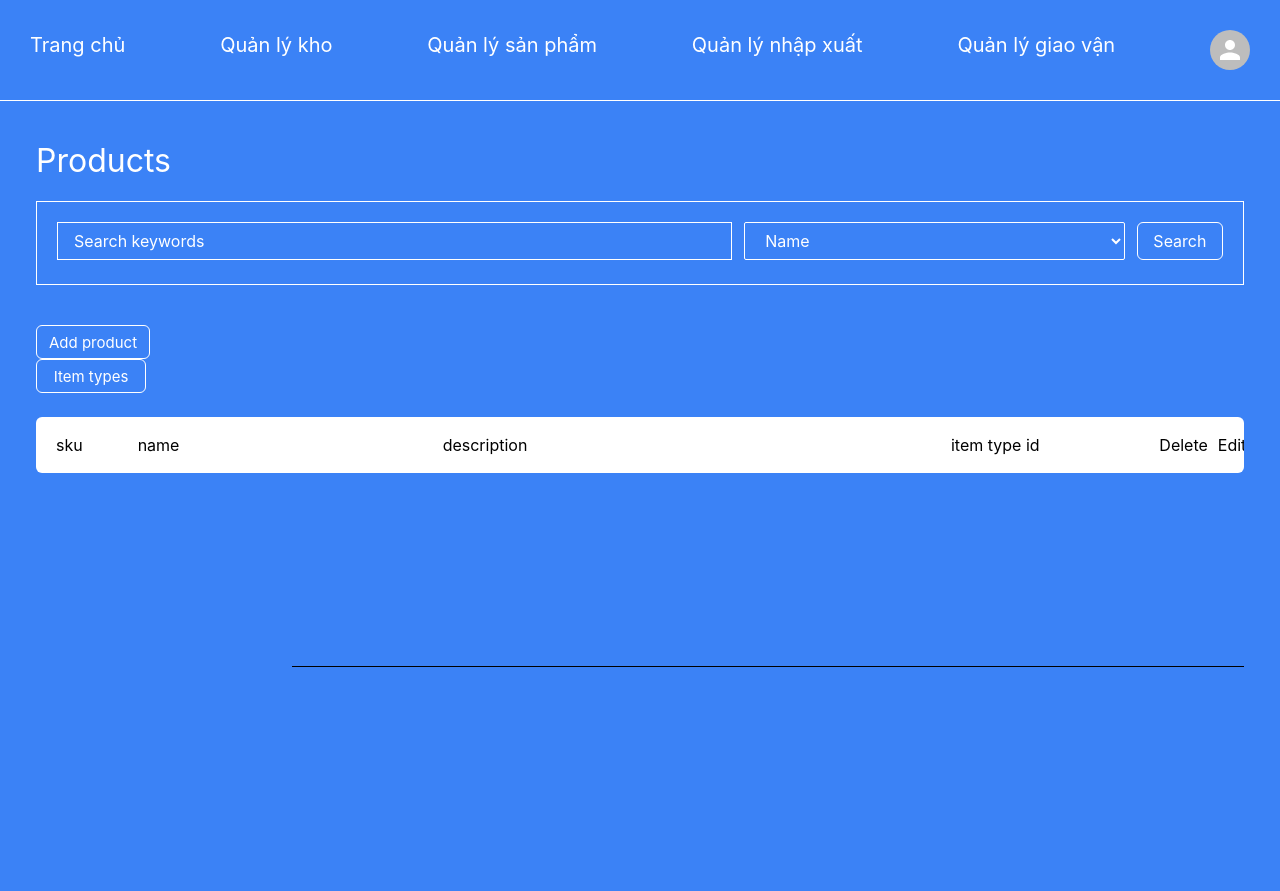
Repository: Kiendz3202/warehouse-management
Page: /products-management
These files come from the project's save history. The page is drawn as it stood at one moment and after the next save; the edit follows.
The browser window is 1280 px wide. The pictures show the whole page.
The page's requests for data from a server got no answer. The project was rebuilt for these pictures with package versions that can differ from the ones it lists, and the page was loaded fresh each time. Some packages were replaced by stand-ins written for this rebuild. The framework's server and built-in components were replaced by stand-ins that run in the browser. No one was signed in, and anything a server would have sent is missing. Also part of the build but not shown: next.config.js, components/UI/Modal.js, components/UI/Loading.js, components/Item/ItemWarehouse.js, components/Pagination/Pagination.js, components/Item/ItemProduct.js.

Above is the page before, as saved 2022-07-26 17:42:42.

### pages/_app.js
import '../styles/globals.css'
import Layout from '../components/Layout/Layout'
import { useRouter } from 'next/router'
import { Provider } from 'react-redux'
import store from '../store/store'

function MyApp({ Component, pageProps }) {

  const router = useRouter()
  if (router.pathname === '/login') {
    return <Component {...pageProps} />
  } else {
    return (
      <Provider store={store}>
        <Layout>
          <Component {...pageProps} />
        </Layout>
      </Provider>
    )
  }
}

export default MyApp

### pages/_document.js
import Document, { Html, Head, Main, NextScript } from 'next/document'

class MyDocument extends Document {
    static async getInitialProps(ctx) {
        const originalRenderPage = ctx.renderPage

        // Run the React rendering logic synchronously
        ctx.renderPage = () =>
            originalRenderPage({
                // Useful for wrapping the whole react tree
                enhanceApp: (App) => App,
                // Useful for wrapping in a per-page basis
                enhanceComponent: (Component) => Component,
            })

        // Run the parent `getInitialProps`, it now includes the custom `renderPage`
        const initialProps = await Document.getInitialProps(ctx)

        return initialProps
    }

    render() {
        return (
            <Html>
                <Head />
                <body>
                    <Main />
                    <NextScript />
                    <div id='modal-root'></div>
                </body>
            </Html>
        )
    }
}

export default MyDocument

### pages/products-management/index.js
import { useRouter } from 'next/router'
import React from 'react'
import SearchForm from '../../components/SearchForm.js/SearchForm'
import Head from 'next/head'
import ProductList from '../../components/list/ProductList'

function ProductsManagement() {

    const router = useRouter()
    return (
        <div className='bg-blue-500 w-full h-full min-h-screen   p-[36px]'>
            <Head>
                <title>products-management</title>
                <meta name="description" content="Generated by create next app" />
                <link rel="icon" href="/favicon.ico" />
            </Head>
            <div className='text-white '>
                <div className='text-[32px] mb-[16px]'>Products</div>
                <div className='mb-[40px]'>
                    <SearchForm />
                </div>
                <div className='mb-[24px]'>
                    <button onClick={() => router.push('/products-management/add-product')} className='text-[15px] block bg-transparent hover:opacity-80 border border-white cursor-pointer rounded-md min-w-[110px] h-[34px] px-[12px] py-[6px]'>Add product</button>
                    <button onClick={() => router.push('/products-management/add-product')} className='text-[15px] block bg-transparent hover:opacity-80 border border-white cursor-pointer rounded-md min-w-[110px] h-[34px] px-[12px] py-[6px]'>Item types </button>
                </div>
            </div>
            <div>
                <ProductList />
            </div>
            <div className='fixed bottom-0 left-[292px] right-[36px] h-[54px] border-t border-black'>
                {/* <Save /> */}
            </div>
        </div>
    )
}

export default ProductsManagement

### components/Layout/Layout.js
import React from 'react'
import Header from '../Header/Header'

function Layout({ children }) {
    return (
        <div>
            <div className=" max-w-[1536px] mx-auto pb-[70px] bg-blue-500 text-white">
                <Header />
                <main className=''>
                    {children}
                </main>
            </div>
        </div>
    )
}

export default Layout

### store/store.js
import { configureStore } from "@reduxjs/toolkit";
import ProductsSice from "./productsSlice";
import WarehouseSlice from "./warehouseSlice";

const store = configureStore({
    reducer: {
        warehouse: WarehouseSlice.reducer,
        products: ProductsSice.reducer
    }
})

export default store

### components/SearchForm.js/SearchForm.js
import React, { useState, useRef } from 'react'
import { Filter } from '@mui/icons-material';
import KeyboardArrowDown from '@mui/icons-material/KeyboardArrowDown';

function SearchForm() {

    const [active, setActive] = useState(false)
    const [height, setHeight] = useState('0px')
    const [rotate, setRotate] = useState('transform duration-700 ease')
    const contentSpace = useRef(null)

    const expandAndCollapse = () => {
        setActive(active === false ? true : false)
        setHeight(active ? '0px' : `${contentSpace.current.scrollHeight}px`)
        setRotate(active ? 'transform duration-700 ease' : 'transform duration-700 ease rotate-180')
    }

    return (
        // bg-[#323259]
        <div>
            <div className=' border-white border w-full px-[20px] pt-[20px]'>
                <div className='grid grid-cols-12 gap-3 h-[62px] text-white '>
                    <div className=' col-span-7 '>
                        <input className='w-full border border-white h-[38px] py-[7px] px-[16px] outline-none bg-transparent text-white placeholder-white ' placeholder='Search keywords' type='text' />
                    </div>
                    <div className='col-span-4 flex '>
                        <select id='selectType' defaultValue='Name' className='w-full h-[38px] py-[7px] px-[16px] border border-white outline-none bg-transparent rounded-sm'>
                            <option value='anycategory' className=' text-black'>Name</option>
                            <option value='description' className=' text-black'>Description</option>
                            <option value='location' className=' text-black'>Location</option>
                        </select>
                    </div>
                    {/* <div className='col-span-3'>
                        <select defaultValue='anystock' className=' w-full h-[38px] py-[7px] px-[16px] outline-none bg-transparent border border-white rounded-sm'>
                            <option value="anystock">Any stock status</option>
                            <option value="instock">In stock</option>
                            <option value="lowstock">Low Stock</option>
                            <option value="sold">SOLD</option>
                        </select>
                    </div> */}
                    <div className='col-span-1 h-[38px] text-center hover:opacity-80 rounded-md px-[12px] py-[6px] bg-transparent border border-white cursor-pointer'>
                        <button className='text-white ' >Search</button>
                    </div>
                </div>
                {/* <div className={`flex relative transition-maxHeight duration-700 ease-in-out overflow-hidden`} ref={contentSpace} style={{ maxHeight: `${height}` }}>
                    <div className=' absolute top-[-20px] h-[1px] bg-[#1b1b38] w-[1191px] left-[-20px] '></div>
                    <div className='flex  mr-[40px]'>
                        <div className='mr-[15px]'>Search in:</div>
                        <div className='ml-[10px]'>
                            <ul>
                                <li>
                                    <input type='checkbox' id='name' />
                                    <label htmlFor='name'>Name</label>
                                </li>
                                <li>
                                    <input type='checkbox' id='sku' />
                                    <label htmlFor='sku'>SKU</label>
                                </li>
                                <li className='mb-[8px]'>
                                    <input type='checkbox' id='fulldescription' />
                                    <label htmlFor='fulldescription'>Full Description</label>
                                </li>
                            </ul>
                        </div>
                    </div>
                    <div className='flex mt-[20px] mr-[40px]'>
                        <div className='mr-[15px]'>Availability</div>
                        <div>
                            <select className='w-full h-[38px] py-[7px] px-[16px] outline-none bg-transparent border border-white rounded-sm'>
                                <option value="">Any Availability Status</option>
                                <option value="">Only Enabled</option>
                                <option value="">Only Disabled</option>
                            </select>
                        </div>
                    </div>
                    <div className='flex mt-[20px]'>
                        <div className='mr-[15px]'>Vendor</div>
                        <div>
                            <input className='w-full h-[38px] py-[7px] px-[16px] outline-none bg-transparent border border-white rounded-sm' type='text' />
                        </div>
                    </div>
                </div> */}
            </div>
            {/* <div className='flex justify-center'>
                <div onClick={expandAndCollapse} className=' w-[50px]  text-center cursor-pointer'>
                    <KeyboardArrowDown className={`h-fullr transition-transform ${rotate}`} />
                </div>
            </div> */}
        </div>
    )
}

export default SearchForm

### components/list/ProductList.js
import React, { useEffect, useState } from 'react'
import Delete from '@mui/icons-material/Delete';
import CircularProgress from '@mui/material/CircularProgress';
import Box from '@mui/material/Box';
import InboxIcon from '@mui/icons-material/Inbox';
import ItemWarehouse from '../Item/ItemWarehouse';
import Pagination from '../Pagination/Pagination';
import { useDispatch, useSelector } from 'react-redux';
import { productsSliceActions } from '../../store/productsSlice';
import ItemProduct from '../Item/ItemProduct';


function ProductList() {
    const productsData = useSelector((state) => state.products.products)
    // const [warehouseList, setWarehouseList] = useState(warehouseData)

    const dispatch = useDispatch()


    useEffect(() => {
        const fetchProduct = async () => {
            try {
                const response = await fetch(' https://scm-tool.thanhpp.ninja/item')
                if (!response) {
                    throw new Error('somethign wrong');
                    return;
                }
                const data = await response.json()
                dispatch(productsSliceActions.saveProducts({
                    data: data.data
                }))
                // setWarehouseList(data)
                console.log(data.data)
            } catch (err) {
                console.log('fetch wrong')
            }
        }

        fetchProduct()
    }, [])

    const removeHandle = () => {

    }
    return (
        //bg-[#323259]
        <div className='bg-white rounded-md'>
            <div className='grid grid-cols-12 gap-3 text-black'>
                <div className='flex items-center col-span-1 my-[16px]'>
                    {/* <input type='checkbox' className='mr-[10px] leading-[24px] ml-[20px]' /> */}
                    <span className='mr-[10px] leading-[24px] ml-[20px]' >sku</span>
                </div>
                <div className=' col-span-3 my-auto   truncate'>name</div>
                <div className=' col-span-5 my-auto truncate'>description</div>
                <div className=' col-span-2 my-auto truncate'>item type id</div>
                <div className=' col-span-1 my-auto pl-[5px] flex justify-between truncate'>
                    <span className=' mr-[10px] rounded-sm'>Delete</span>
                    <span className=' mr-[10px] rounded-sm'>Edit</span>
                </div>
            </div>
            {/* {pagination.currentData ? pagination.currentData.map((item) => <ProductItem isSelectedAll={isSelectedAll} key={item.id} id={item.id} sku={item.sku} name={item.name} category={item.category} price={item.price} amount={item.amount} vendor={item.vendor} arrivalDate={item.arrivalDate} />) : <Box sx={{ display: 'flex' }}> */}
            {productsData.map(product => <ItemProduct id={product.sku} sku={product.sku} key={product.sku} images={product.images} name={product.name} itemTypeId={product.item_type_id} desc={product.desc} />)}
            {/* <CircularProgress /> */}
            {/* </Box>} */}
            {/* <Pagination getNumberPerPage={numberPerPageHandle} pageCount={pagination.pageCount} onPageChange={handleClick} /> */}
            {/* <Pagination /> */}
        </div>
    )
}

export default ProductList

### components/Header/Header.js
import React from 'react'
import { Avatar } from '@mui/material'
import Link from 'next/link'

function Header() {
    return (
        <div className=' flex justify-between px-[30px] py-[30px] text-[20px] border-b border-white'>
            <div><Link href='/'><span className=' cursor-pointer hover:opacity-80'>Trang chủ</span></Link></div>
            <div><Link href='/warehouse-management'><span className=' cursor-pointer hover:opacity-80'>Quản lý kho</span></Link></div>
            <div><Link href='/products-management'><span className=' cursor-pointer hover:opacity-80'>Quản lý sản phẩm</span></Link></div>
            <div><Link href='/io-management'><span className=' cursor-pointer hover:opacity-80'>Quản lý nhập xuất</span></Link></div>
            <div><span className=' cursor-pointer hover:opacity-80'>Quản lý giao vận</span></div>
            <div><span className=' cursor-pointer'><Avatar /></span></div>
        </div>
    )
}

export default Header

### store/productsSlice.js
import { createSlice } from "@reduxjs/toolkit";


const ProductsSice = createSlice({
    name: 'products',
    initialState: { products: [] },
    reducers: {
        saveProducts(state, action) {
            state.products = action.payload.data
        },
    }
})

export const productsSliceActions = ProductsSice.actions
export default ProductsSice

### store/warehouseSlice.js
import { createSlice } from "@reduxjs/toolkit";


const WarehouseSlice = createSlice({
    name: 'warehouse',
    initialState: { warehouse: [] },
    reducers: {
        saveWarehouse(state, action) {
            state.warehouse = action.payload.data
        }
    }
})

export const warehouseSliceActions = WarehouseSlice.actions
export default WarehouseSlice

### tailwind.config.js
module.exports = {
  content: [
    "./pages/**/*.{js,ts,jsx,tsx}",
    "./components/**/*.{js,ts,jsx,tsx}",
  ],
  theme: {
    extend: {
      boxShadow: {
        'shadowCustom': 'rgba(0, 0, 0, 0.16) 0px 3px 6px, rgba(0, 0, 0, 0.23) 0px 3px 6px',
      }
    },
  },
  plugins: [],
}

Loaded but not shown: styles/globals.css (common file)

After the next save:
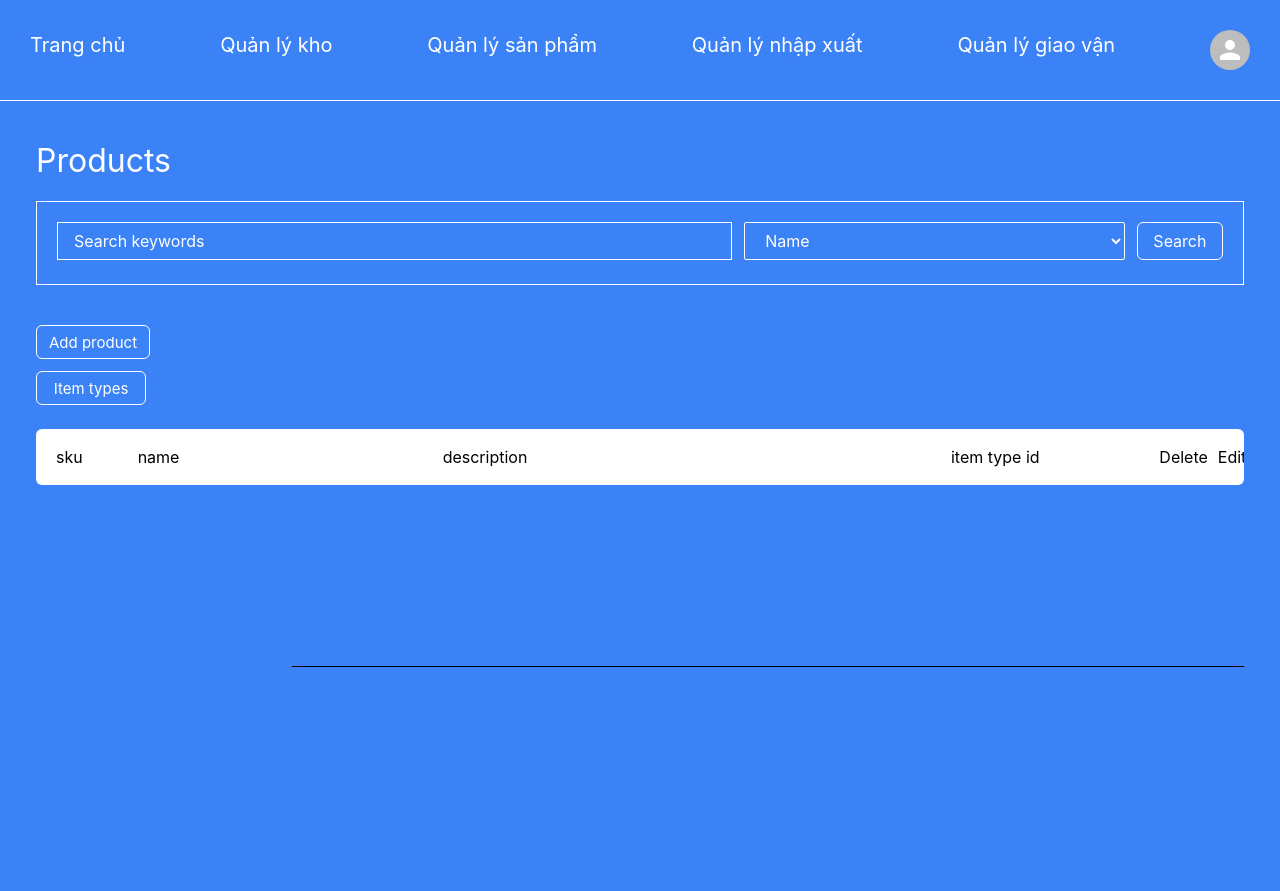
Saved 13 s later.
--- a/pages/products-management/index.js
+++ b/pages/products-management/index.js
@@ -20,7 +20,7 @@ function ProductsManagement() {
                     <SearchForm />
                 </div>
                 <div className='mb-[24px]'>
-                    <button onClick={() => router.push('/products-management/add-product')} className='text-[15px] block bg-transparent hover:opacity-80 border border-white cursor-pointer rounded-md min-w-[110px] h-[34px] px-[12px] py-[6px]'>Add product</button>
+                    <button onClick={() => router.push('/products-management/add-product')} className='text-[15px] mb-3 block bg-transparent hover:opacity-80 border border-white cursor-pointer rounded-md min-w-[110px] h-[34px] px-[12px] py-[6px]'>Add product</button>
                     <button onClick={() => router.push('/products-management/add-product')} className='text-[15px] block bg-transparent hover:opacity-80 border border-white cursor-pointer rounded-md min-w-[110px] h-[34px] px-[12px] py-[6px]'>Item types </button>
                 </div>
             </div>
